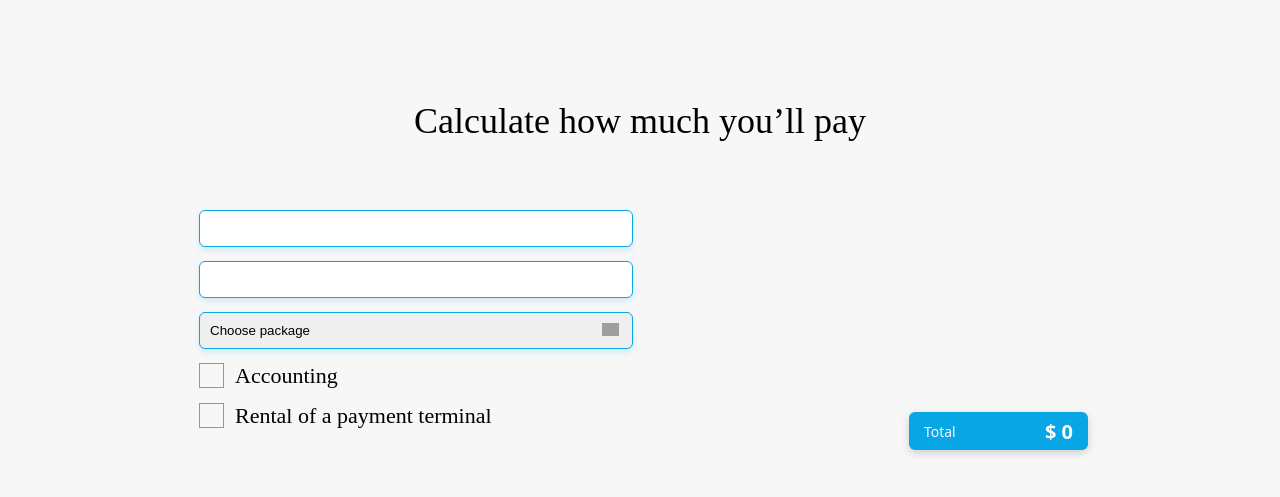
Repository: VolodymyrDubnytskyi/BestShop_project
Page: inedx2.html
The author's editor kept a copy of each file at every save. The page is drawn from the files as they stood at one save, then again after the next save.
The browser window is 1280 px wide. The pictures show the whole page.
Pictures or frames that could not be fetched are drawn as grey boxes.

Above is the page before, as saved 2020-01-05 14:37:12.

### inedx2.html
<!DOCTYPE html>
<html lang="en">

<head>
    <meta charset="UTF-8">
    <meta name="viewport" content="width=device-width, initial-scale=1.0">
    <meta http-equiv="X-UA-Compatible" content="ie=edge">
    <title>Document</title>

    <link rel="stylesheet" href="css/style.css">

</head>

<body>
    <div class="calculate-bg">
        <section class="calculate-main">
            <h2 class="calculate-heading">Calculate how much you’ll pay</h2>
            <form action="" class="calculate-form">

                <div class="calculate-box calculate-box-inputs">
                    <input type="number" name="productsQuantity" id="quantity">
                    <input type="number" name="ordersInmonth" id="inMonth">
                    <div class="custom-select-box">
                        <select name="package" id="package" class="selcet-package" aria-placeholder="Products quantity">
                                <option class="disable-option" disabled selected> Choose package</option>
                                <option value="basic">Basic</option>
                                <option value="professional">Professional</option>
                                <option value="premium">Premium</option>
                        </select>
                    </div>

                    <label class="container-new-chekbox">
                        <input type="checkbox" id="checkboxAccounting">
                        <span class="checkmark"></span>
                        Accounting
                    </label>
                    <label class="container-new-chekbox">
                        <input type="checkbox" name="" id="checkboxRental">
                        <span class="checkmark"></span>
                        Rental of a payment terminal
                    </label>


                </div>
            </form>
            <div class="calculate-box calculate-box-value">
                <div id="valueProducts">
                    <span id="products"></span>
                    <span id="productsCalculate"></span>
                    <span id="productsSum"></span>
                </div>
                <div id="valueOrders">
                    <span class="orders"></span>
                    <span class="ordersCalculate"></span>
                    <span class="ordersSum"></span>
                </div>
                <div id="valuePackage">
                    <span class="selectPackage"></span>
                    <span class="selectPackageCalculate"></span>
                    <span class=' selectPackageSum'></span>
                </div>
                <div id="valueAccounting">
                    <span class="accounting"></span>
                    <span class="accountingSum"></span>
                </div>
                <div id="valueTerminal">
                    <span class="terminal"></span>
                    <span class="terminalSum"></span>
                </div>

                <button id="submit" class="btn-submit"> <span class="spant-total-btn">Total</span><span>$ <span  class="for-new-el">0</span> </span></button>
            </div>

        </section>

    </div>
    <script src="js/main.js"></script>
</body>

</html>

### css/style.css
* {
  box-sizing: border-box;
  text-decoration: none;
  margin: 0;
  padding: 0;
}

/* * HEADER SECTION */
header {
  background: url(../img/Background.png) no-repeat center bottom/contain;
  height: 912px;
  width: 100%;
}
.navbar-container {
  display: flex;
  justify-content: space-between;
  align-items: center;
  height: 100%;
}
.container {
  max-width: 1354px;
  margin: auto;
}
.navbar {
  background: #ffffff 0% 0% no-repeat padding-box;
  box-shadow: 0px 3px 6px #00000029;
  height: 70px;
  margin-bottom: 138px;
}
.ul-list-nav {
  display: flex;
}
.ul-list-nav li {
  margin: 0 47px;
}
.ul-list-nav li:last-child {
  margin-right: 0;
}
.ul-list-nav li a {
  font: Bold 11px/15px "Open Sans";
  letter-spacing: 3.28px;
  color: #a5a5a5;
  text-transform: uppercase;
  padding: 28px 0 25px 0;
}
.ul-list-nav li a:hover {
  border: none;
  border-bottom: 4px solid #08a6e4;
  color: #000;
}
.logo {
  text-align: left;
  font-size: 32px;
  font-family: "Raleway", sans-serif;
  letter-spacing: 0;
  color: #08a6e4;
  line-height: 38px;
}
/* rwd nav */
@media (max-width: 1200px) {
  .ul-list-nav li {
    margin: 0 27px;
  }
}

/* *Bg-img + h1 content */
.section-for-h1 {
  display: flex;
  justify-content: center;
  align-items: flex-start;
}
h1 {
  text-align: center;
  font: 49px/59px;
  font-size: 49px;
  line-height: 59px;
  font-weight: 550;
  font-family: "Raleway", sans-serif;
  letter-spacing: 0;
  color: #000000;
}
.text-under-h1-line {
  text-align: center;
  font: 400 16px/22px "Open Sans";
  letter-spacing: 0;
  color: #000000;
  margin: 20px 0 38px 0;
}
.open-your-shop-btn {
  background: #08a6e4 0% 0% no-repeat padding-box;
  box-shadow: 5px 10px 14px #07ace629;
  border-radius: 40px;
  font: Bold 16px/22px "Open Sans";
  letter-spacing: 0;
  color: #fff;
  padding: 23px 157px;
}
.open-your-shop-btn:hover {
  background: rgb(7, 134, 184);
  box-shadow: 5px 10px 14px rgba(5, 124, 167, 0.394);
}
/* bg-img */
.sales-platform {
  text-align: center;
  height: 454px;
}
.sales-platform-main-box {
  display: flex;
  justify-content: space-around;
  margin-top: 100px;
}
.sales-platform-boxes {
  position: relative;
  width: 167px;
  height: 176px;
}
.sales-platform-boxes * {
  padding: 10px;
}
.sales-platform-heading {
  flex-basis: 100%;
  text-align: center;
  font: 400 36px/43px "Raleway";
  letter-spacing: 0;
  color: #000000;
}

.circle {
  height: 62px;
  width: 62px;
  border-radius: 50%;
  margin: 10px auto;
}
.circle-red {
  background: #fb3b64 0% 0% no-repeat padding-box;
}
.circle-blue {
  background: #08a6e4 0% 0% no-repeat padding-box;
}
.circle-green {
  background: #55dfb4 0% 0% no-repeat padding-box;
}
/* icons absolute */
.img-absolut {
  position: absolute;
  right: 26px;
  top: 7px;
}
.absotul-img-mid {
  top: 12px;
}

.sales-platform-box-content {
  text-align: center;
  font: 400 17px/20px "Raleway";
  letter-spacing: 0;
  color: #a5a5a5;
}
/* Main */
main {
  background: #f7f7f7 0% 0% no-repeat padding-box;
  height: 1395px;
}
main hr {
  width: 328px;
  height: 0px;
  margin-left: 35px;
}
main h2 {
  text-align: left;
  font: 550 36px/43px "Raleway";
  letter-spacing: 0;
  color: #000000;
}
main p {
  text-align: left;
  font: 400 16px/22px "Open Sans";
  letter-spacing: 0;
  color: #000000;
}
.main-content-boxes {
  height: 370px;
  width: 100%;
  display: flex;
  background-color: #fff;
  margin-bottom: 37px;
  border: 1px solid #e8e9ed;
  border-radius: 5px;
}
.main-content-boxes:last-child {
  margin: 0;
}
.main-content-container {
  max-width: 1354px;
  height: 100%;
  padding: 105px 115px;
}
.main-content-info-box {
  width: 50%;
}
.main-content-img-box {
  width: 50%;
  position: relative;
  display: flex;
  justify-content: center;
}
.rhombus-div {
  width: 180px;
  height: 180px;
  transform: matrix(0.71, 0.71, -0.71, 0.71, 0, 0);
  background: #fb3b64 0% 0% no-repeat padding-box;
  border-radius: 41px;
  margin-left: 229px;
  margin-top: 68px;
}
.main-content-info-box h2 {
  padding: 97px 0 0 35px;
}
.main-content-info-box p {
  padding: 30px 133px 50px 35px;
}
.main-content-img {
  position: absolute;
  bottom: 0;
  padding-bottom: 10%;
}
.hr-for-first-box {
  border: 4px solid #fb3b64;
}
/* main rwd */
@media (max-width: 1200px) {
  .main-content-container {
    padding: 30px;
  }
}
@media (min-width: 800px) {
  /* .rhombus-div   */
}
/* Acrticle 2 in main ceontent */
.blue-circle {
  width: 320px;
  height: 320px;
  background: #07ace6 0% 0% no-repeat padding-box;
  border-radius: 50%;
}
.main-content-boxes .main-content-img-box:nth-child(1) {
  align-items: center;
  justify-content: center;
}
.main-content-img-phone {
  padding: 0;
  right: 0;
}
h2.main-h2-second-arcticle {
  padding: 75px 198px 0 35px;
}
.hr-for-second-box {
  border: 4px solid #08a6e4;
}
/* LAST BOXES */
.main-content-boxes-split-for-two {
  background-color: #f7f7f7;
  border: none;
}
.maint-contet-last-box-one {
  width: 623px;
  height: 370px;
  margin-right: 70px;
  background-color: #fff;
  border: 1px solid #e8e9ed;
  border-radius: 5px;
}
.maint-contet-last-box-second {
  width: 440px;
  height: 370px;
  background-color: #fff;
  border: 1px solid #e8e9ed;
  border-radius: 5px;
  background: #55dfb4 0% 0%;
  display: flex;
  justify-content: center;
  align-items: center;
}
.maint-contet-last-box-one > h2 {
  padding: 97px 159px 0 35px;
}
.maint-contet-last-box-one > p {
  padding: 30px 15px 40px 35px;
}
.maint-contet-last-box-one > hr {
  border: 4px solid #55dfb4;
}
/* FOOTER: SECTION WHITH PRICES AND FORM */
.pricing-section {
  text-align: center;
}
.pricing-section h2 {
  text-align: center;
  font: 400 36px/43px "Raleway";
  letter-spacing: 0;
  color: #000000;
  margin-top: 106px;
}
.pricing-box-main {
  display: flex;
  justify-content: space-around;
  align-items: center;
  height: 100%;
  margin-top: 50px;
}
.pricing-box-main .pricing-box:first-child {
  border: 1px solid #fb3b64;
}
.pricing-box-main .pricing-box:nth-child(2) {
  border: 1px solid #07ace6;
}
.pricing-box-main .pricing-box:last-child {
  border: 1px solid #55dfb4;
}
.pricing-box {
  height: 461px;
  width: 372px;
  border-radius: 18px;
  display: flex;
  flex-direction: column;
  justify-content: center;
  align-items: center;
}
.pricing-box h3 {
  text-align: left;
  font: Bold 20px/41px "Raleway";
  letter-spacing: 0;
  color: #13253b;
}
.pricing-box h4 {
  text-align: left;
  font: 300 46px/41px "Open Sans";
  letter-spacing: 0;
  color: #fb3b64;
  margin: 15px 0 60px 0;
}
.pricing-box-professional h4 {
  color: #07ace6;
}
.pricing-box-premium h4 {
  color: #55dfb4;
}

.pricing-box-content::before,
.pricing-box-content-dont-ofer::before {
  content: "\f00c";
  font-size: 6px;
  font-weight: bold;
  font-family: "Font Awesome 5 Free";
  border: 1px solid #55dfb4;
  margin-right: 7px;
  padding: 2px;
  border-radius: 2px;
  color: #55dfb4;
}
.pricing-box-content-dont-ofer::before {
  content: "\f00d";
  border: 1px solid #eb476e;
  color: #eb476e;
}
.pricing-box-content {
  font: 400 14px/41px "Open Sans";
  letter-spacing: 0;
  color: #000000;
}
.pricing-box .heading-after-limited-offer::after {
  content: "limited ofer";
  font: Bold 12px/1px "Raleway";
  letter-spacing: 0;
  color: #13253b;
  display: block;
  margin-top: 7px;
}
.pricing-box-professional {
  height: 500px;
  width: 405px;
  box-shadow: 5px 10px 27px #07ace629;
}
.pricing-box-professional:hover {
  box-shadow: 5px 10px 34px rgba(6, 125, 169, 0.401);
}
.pricing-box-main .pricing-box-basic:hover {
  box-shadow: 0px 5px 15px #fb3b64;
}
.pricing-box-main .pricing-box-premium:hover {
  box-shadow: 0px 5px 15px #55dfb4;
}
.begin-links {
  text-align: left;
  font: Bold 13px/41px "Open Sans";
  letter-spacing: 0;
  color: #ffffff;
  background: #eb476e 0% 0% no-repeat padding-box;
  border-radius: 23px;
  width: 150px;
  padding: 2px;
  text-align: center;
  position: relative;
  top: 40px;
}
.begin-links-professional {
  top: 59px;
  background: #07ace6;
  box-shadow: 5px 10px 14px #07ace629;
}
.begin-links-premium {
  background: #55dfb4;
}
.begin-links-basic:hover {
  background: linear-gradient(rgb(184, 56, 86), #eb476e);
}
.begin-links-professional:hover {
  background: linear-gradient(rgb(5, 111, 150), #07ace6);
}
.begin-links-premium:hover {
  background: linear-gradient(rgb(61, 165, 132), #55dfb4);
}

/* * FORM AND CONTACT SECTION */
.form-main {
  height: 721px;
  display: flex;
  justify-content: center;
  align-items: center;
}
.form-and-questions-box {
  display: flex;
  width: 896px;
}
.questions-box {
  display: flex;
  flex-wrap: wrap;
  flex-basis: 50%;
  height: 210px;
}
.form-box {
  flex-basis: 50%;
}
.form-box form {
  flex-basis: 50%;
  display: flex;
  flex-direction: column;
}
.questions-box h2 {
  font: 550 49px/59px "Raleway";
  letter-spacing: 0;
  color: #000000;
  margin-bottom: 22px;
  flex-basis: 100%;
}
.questions-box p {
  font: 500 16px/22px "Open Sans";
  letter-spacing: 0;
  color: #000000;
  margin-bottom: 42px;
  flex-basis: 100%;
}
.questions-box span {
  font: 500 16px/22px "Open Sans";
  letter-spacing: 0;
  color: #a5a5a5;
  display: flex;
  justify-content: center;
  align-items: center;
}
.questions-box .mail-icon::before {
  content: url(../img/Mail\Icon.svg);
  padding-right: 12px;
}
.questions-box .phone-icon::before {
  content: url(../img/Phone\Icon.svg);
  padding-right: 10px;
  margin-left: 24px;
}
/* Form */
form input:nth-child(2n) {
  padding: 20px;
  border: none;
  border-bottom: 1px solid #95989a;
  margin-bottom: 35px;
}
.i-agree-terms {
  display: flex;
}
.container-new-chekbox {
  display: block;
  position: relative;
  margin-right: 35px;
  margin-bottom: 12px;
  cursor: pointer;
  font-size: 22px;
  user-select: none;
}
.container-new-chekbox input {
  position: absolute;
  opacity: 0;
  cursor: pointer;
  height: 0;
  width: 0;
}
.checkmark {
  position: absolute;
  top: 0;
  left: 0;
  height: 25px;
  width: 25px;
  border: 1px solid #95989a;
}
.checkmark:after {
  content: "";
  position: absolute;
  display: none;
}
.container-new-chekbox input:checked ~ .checkmark:after {
  display: block;
}
.container-new-chekbox .checkmark:after {
  left: 4px;
  top: 4px;
  width: 70%;
  height: 70%;
  background: url(../img/Checkmark.svg) no-repeat center/cover;
}
.i-agree-terms div {
  text-align: left;
  font: 400 12px/17px "Open Sans";
  letter-spacing: 0;
  color: #707070;
}
.lables {
  text-align: left;
  font: Bold 11px/15px "Open Sans";
  letter-spacing: 3.28px;
  color: #08a6e4;
  text-transform: uppercase;
}

.btn-send {
  box-shadow: 5px 10px 14px #07ace629;
  border-radius: 35px;
  background: #08a6e4;
  padding: 20px 97px;
  font: Bold 13px/18px "Open Sans";
  letter-spacing: 0;
  color: #fff;
  border: none;
  margin-top: 25px;
}
.btn-send:hover {
  background: linear-gradient(90deg, rgba(2, 0, 36, 1) 0%, rgba(9, 9, 121, 1) 4%, rgba(8, 166, 228, 1) 100%);
}
.button-box {
  display: flex;
  justify-content: flex-end;
}
.social-networks-main {
  width: 100%;
  height: 89px;
  background: #f7f7f7;
  box-shadow: 0px -5px 40px #00000029;
}
.social-networks-box {
  height: 100%;
  display: flex;
  justify-content: space-between;
  align-items: center;
}
.logo-footer {
  font: 300 26px/31px "Raleway";
}
.social-networks-logo > p {
  font: 400 11px/15px "Open Sans";
  letter-spacing: 0;
  color: #a5a5a5;
  margin-top: 6px;
}
.social-networks-links a:first-child {
  margin-right: 20px;
}
.social-networks-links a:hover {
  cursor: pointer;
}

/* ///////////////////////////////////////////// */

.calculate-bg {
  background: #f7f7f7;
  display: flex;
  justify-content: center;
  align-items: center;
  height: 550px;
}
.calculate-main {
  display: flex;
  justify-content: center;
  align-items: center;
  flex-wrap: wrap;
  flex-basis: 70%;
  position: relative;
  height: 350px;
}
.calculate-form {
  display: flex;
  flex-basis: 50%;
  height: 100%;
}
.calculate-heading {
  flex-basis: 100%;
  margin-bottom: 60px;
  text-align: center;
  font: 400 36px/43px 'Raleway';
  letter-spacing: 0;
  color: #000000;
}
.calculate-box {
  flex-basis: 50%;
  display: flex;
  flex-direction: column;
  background: #f7f7f7;
}
.calculate-box-value {
  height: 100%;
  padding-left: 50px;
}
.calculate-box-inputs {
  flex-basis: 100%;
  position: relative;
}
.calculate-form .calculate-box-inputs input,
.calculate-form .calculate-box-inputs select {
  margin: 7px;
  padding: 10px;
  border: 1px solid #08a6e4;
  box-shadow: 0px 3px 6px #08a6e429;
  border-radius: 6px;
}
.calculate-form .calculate-box-inputs div {
  margin: 7px;
}
.calculate-form .calculate-box-inputs select {
  margin: 0;
  width: 100%;
  outline: none;
}

.calculate-box-value div {
  display: none;
  justify-content: space-between;
  align-items: center;
  background: #55dfb4;
  box-shadow: 0px 3px 6px #00000029;
  border-radius: 6px;
  margin: 3px;
  padding: 10px;
  height: 32px;
  border: none;
  font: 400 14px/19px "Open Sans";
  letter-spacing: 0;
  color: #ffffff;
}
.btn-submit {
  background: #08a6e4;
  box-shadow: 0px 3px 8px #00000029;
  border-radius: 6px;
  border: none;
  width: 179px;
  height: 38px;
  position: absolute;
  right: 0;
  bottom: 0;
  display: flex;
  justify-content: space-between;
  align-items: center;
  padding: 5px 15px;
}
.btn-submit span {
  font: 400 14px/19px "Open Sans";
  letter-spacing: 0;
  color: #ffffff;
}
.btn-submit span:last-child {
  font: Bold 20px/27px "Open Sans";
}

.calculate-box .container-new-chekbox {
  margin: 7px;
  padding-left: 36px;
}
.selcet-package {
  background-image: url(../img/Arrow\Down.svg);
  background-repeat: no-repeat;
  background-size: 4%;
  background-position-x: 97%;
  background-position-y: 45%;
  -webkit-appearance: none;
  cursor: pointer;
}

.selcet-package option {
  display: none;
}
.selcet-package-activ-arrow {
  background-image: url(../img/method-draw-image.svg);
}

.disable-option span {
  font: 400 13px/18px "Open Sans";
  letter-spacing: 0;
  color: #a5a5a5;
}

#valueProducts {
  display: none;
}

/*
 */

.select-option-custome {
  position: absolute;
  background: #ffffff 0% 0% no-repeat padding-box;
  box-shadow: 0px 3px 6px #eb476e29;
  border: 1px solid #eb476e;
  border-radius: 6px;
  width: 97%;
  height: 105px;
  z-index: 2;
  display: flex;
  flex-direction: column;
  bottom: 83px;
  text-align: left;
  font: 400 13px/18px "Open Sans";
  letter-spacing: 0;
  color: #000000;
}
.select-option-custome .span-select {
  padding: 8px;
  cursor: pointer;
  /* display: block; */
}

Loaded but not shown: js/main.js (239 lines, source omitted)

After the next save:
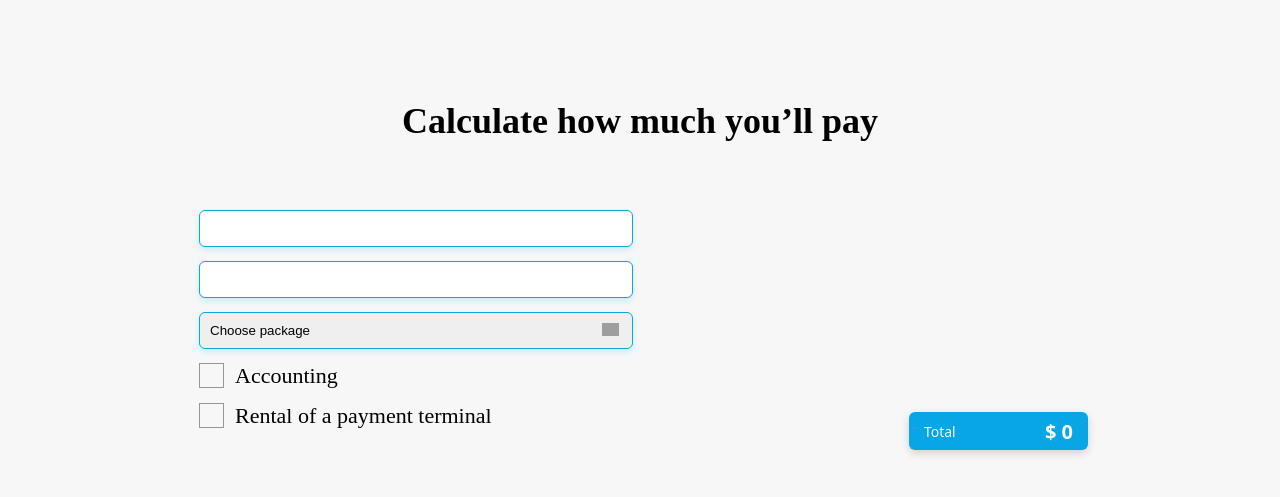
Saved 20 s later.
--- a/css/style.css
+++ b/css/style.css
@@ -613,7 +613,7 @@
   flex-basis: 100%;
   margin-bottom: 60px;
   text-align: center;
-  font: 400 36px/43px 'Raleway';
+  font: 550 36px/43px 'Raleway';
   letter-spacing: 0;
   color: #000000;
 }

After the save that followed:
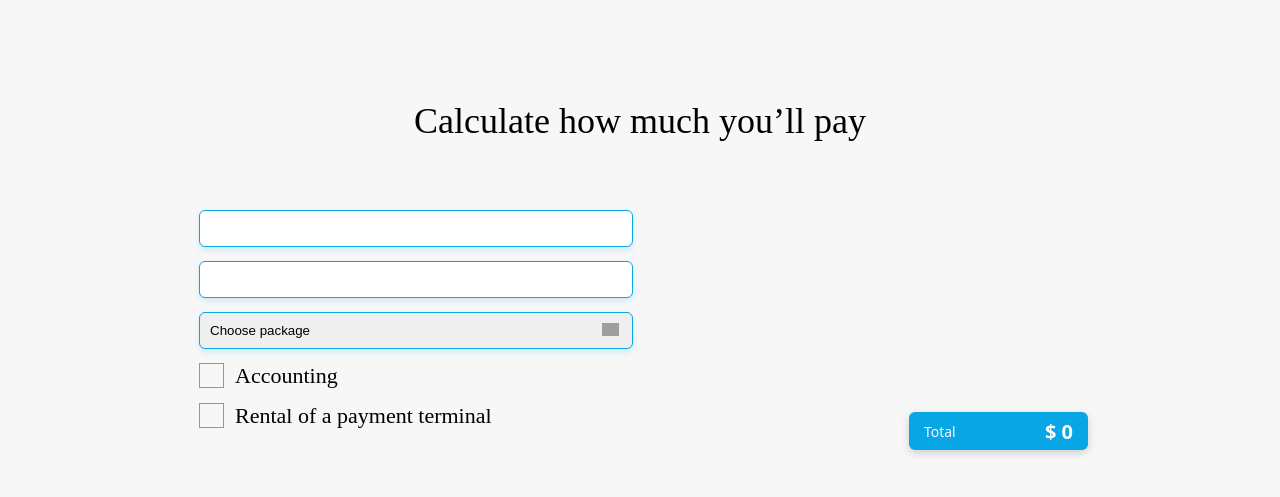
Saved 8 s later.
--- a/css/style.css
+++ b/css/style.css
@@ -613,7 +613,7 @@
   flex-basis: 100%;
   margin-bottom: 60px;
   text-align: center;
-  font: 550 36px/43px 'Raleway';
+  font: 500 36px/43px 'Raleway';
   letter-spacing: 0;
   color: #000000;
 }
